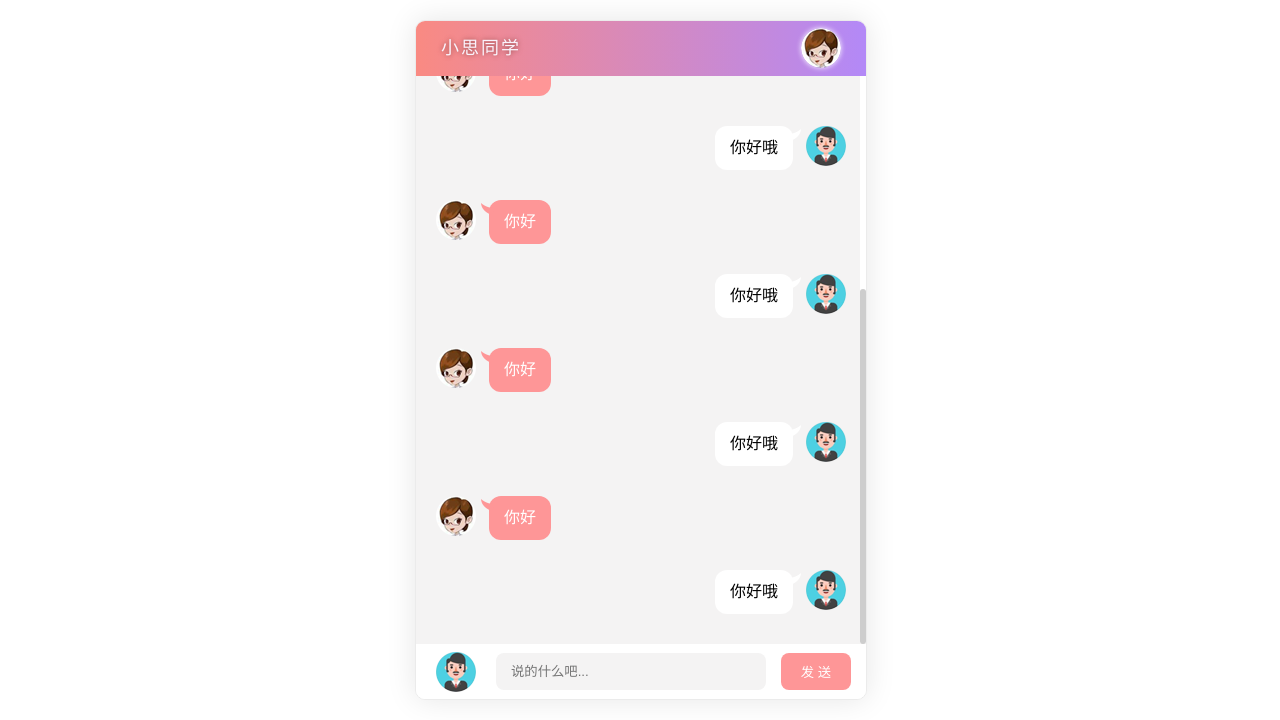
Repository: Bluesouls/eliauk.github.io
Page: Ajax学习笔记/day01/code/聊天机器人/聊天机器人.html
The author's editor kept a copy of each file at every save. The page is drawn from the files as they stood at one save, then again after the next save.
The browser window is 1280 px wide. The pictures show the whole page.

Above is the page before, as saved 2022-04-29 16:52:16.

### Ajax学习笔记/day01/code/聊天机器人/聊天机器人.html
 <!DOCTYPE html>
 <html lang="en">

 <head>
   <meta charset="UTF-8" />
   <meta name="viewport" content="width=device-width, initial-scale=1.0" />
   <meta http-equiv="X-UA-Compatible" content="ie=edge" />
   <link rel="stylesheet" href="css/reset.css" />
   <link rel="stylesheet" href="css/main.css" />
   <script type="text/javascript" src="js/jquery-1.12.4.min.js"></script>
   <script type="text/javascript" src="js/jquery-ui.min.js"></script>
   <script type="text/javascript" src="js/jquery.mousewheel.js"></script>
   <title>聊天机器人</title>
 </head>

 <body>
   <div class="wrap">
     <!-- 头部 Header 区域 -->
     <div class="header">
       <h3>小思同学</h3>
       <img src="img/person01.png" alt="icon" />
     </div>
     <!-- 中间 聊天内容区域 -->
     <div class="main">
       <ul class="talk_list" style="top: 0px;">
         <li class="left_word">
           <img src="img/person01.png" /> <span>你好</span>
         </li>
         <li class="right_word">
           <img src="img/person02.png" /> <span>你好哦</span>
         </li>
         <li class="left_word">
           <img src="img/person01.png" /> <span>你好</span>
         </li>
         <li class="right_word">
           <img src="img/person02.png" /> <span>你好哦</span>
         </li>
         <li class="left_word">
           <img src="img/person01.png" /> <span>你好</span>
         </li>
         <li class="right_word">
           <img src="img/person02.png" /> <span>你好哦</span>
         </li>
         <li class="left_word">
           <img src="img/person01.png" /> <span>你好</span>
         </li>
         <li class="right_word">
           <img src="img/person02.png" /> <span>你好哦</span>
         </li>
         <li class="left_word">
           <img src="img/person01.png" /> <span>你好</span>
         </li>
         <li class="right_word">
           <img src="img/person02.png" /> <span>你好哦</span>
         </li>
         <li class="left_word">
           <img src="img/person01.png" /> <span>你好</span>
         </li>
         <li class="right_word">
           <img src="img/person02.png" /> <span>你好哦</span>
         </li>
       </ul>
       <div class="drag_bar" style="display: none;">
         <div class="drager ui-draggable ui-draggable-handle" style="display: none; height: 412.628px;"></div>
       </div>
     </div>
     <!-- 底部 消息编辑区域 -->
     <div class="footer">
       <img src="img/person02.png" alt="icon" />
       <input type="text" placeholder="说的什么吧..." class="input_txt" />
       <input type="button" value="发 送" class="input_sub" />
     </div>
   </div>
   <script type="text/javascript" src="js/scroll.js"></script>
   <script src="./js/chat.js"></script>
 </body>

 </html>

### Ajax学习笔记/day01/code/聊天机器人/css/main.css
body {
    font-family: 'Microsoft YaHei';
}
.wrap {
    position: fixed;
    width: 450px;
    left: 50%;
    margin-left: -225px;
    top: 20px;
    bottom: 20px;
    border: 1px solid #ebebeb;
    background-color: #fff;
    border-radius: 10px;
    box-shadow: 0 0 30px rgba(0, 0, 0, 0.1);
    overflow: hidden;
}
.header {
    height: 55px;
    background: linear-gradient(90deg, rgba(246, 60, 47, 0.6), rgba(128, 58, 242, 0.6));
    overflow: hidden;
}
.header h3 {
    color: #faf3fc;
    line-height: 55px;
    font-weight: normal;
    float: left;
    letter-spacing: 2px;
    margin-left: 25px;
    font-size: 18px;
    text-shadow: 0px 0px 5px #944846;
}
.header img {
    float: right;
    margin: 7px 25px 0 0;
    border-radius: 20px;
    box-shadow: 0 0 5px #f7f2fe;
}
.main {
    position: absolute;
    left: 0;
    right: 0;
    top: 55px;
    bottom: 55px;
    background-color: #f4f3f3;
    box-sizing: border-box;
    padding: 10px 0;
    overflow:hidden;
}
.talk_list{
    position: absolute;
    width:100%;
    left:0px;
    top:0px;
}
.talk_list li {
    overflow: hidden;
    margin: 20px 0px 30px;
}
.talk_list .left_word img {
    float: left;
    margin-left: 20px;
}
.talk_list .left_word span {
    float: left;
    background-color: #fe9697;
    padding: 10px 15px;
    max-width: 290px;
    border-radius: 12px;
    font-size: 16px;
    color: #fff;
    margin-left: 13px;
    position: relative;
    line-height: 24px;
}
.talk_list .left_word span:before {
    content: '';
    position: absolute;
    left: -8px;
    top: 3px;
    width: 13px;
    height: 12px;
    background: url('../img/corner01.png') no-repeat;
}
.talk_list .right_word img {
    float: right;
    margin-right: 20px;
}
.talk_list .right_word span {
    float: right;
    background-color: #fff;
    padding: 10px 15px;
    max-width: 290px;
    border-radius: 12px;
    font-size: 16px;
    color: #000;
    margin-right: 13px;
    position: relative;
    line-height: 24px;
}
.talk_list .right_word span:before {
    content: '';
    position: absolute;
    right: -8px;
    top: 3px;
    width: 13px;
    height: 12px;
    background: url('../img/corner02.png') no-repeat;
}
.drag_bar{
    position:absolute;
    right:0px;
    top:0px;
    background-color: #fff;
    height:100%;
    width:6px;
    box-sizing:border-box;
    border-bottom:1px solid #f4f3f3;
}
.drager{
    position:absolute;
    left:0px;
    top:0px;
    background-color: #cdcdcd;
    height:100px;
    width:6px;
    border-radius:3px;
    cursor: pointer;
}

.footer{
    width:100%;
    height: 55px;
    left:0px;
    bottom:0px;
    background-color:#fff;
    position: absolute;
}

.footer img{
    float: left;
    margin:8px 0 0 20px;
}

.input_txt{
    float: left;
    width:270px;
    height:37px;
    border:0px;
    background-color: #f4f3f3;
    margin:9px 0 0 20px;
    border-radius:8px;
    padding:0px;
    outline:none;
    text-indent:15px;
}
.input_sub{
    float: left;
    width:70px;
    height:37px;
    border:0px;
    background-color: #fe9697;
    margin:9px 0 0 15px;
    border-radius:8px;
    padding:0px;
    outline:none;
    color:#fff;
    cursor: pointer;
}

### Ajax学习笔记/day01/code/聊天机器人/js/scroll.js
$(function () {
    var $main = $('.main');
    var $list = $('.talk_list');
    var $drager = $('.drager');
    var $mainh = $main.outerHeight(false);
    var $listh = $list.outerHeight(false);

    var $rate = $mainh / $listh;
    var $dragh = $mainh * $rate;
    var $top = 0;
    $drager.css({ 'height': $dragh });

    $drager.draggable({
        containment: "parent",
        drag: function (ev, ui) {
            $top = ui.position.top;
            $list.css({ 'top': -$top / $rate });
        }
    });

    $(window).resize(function () {
        resetui();
    });

    //var timer = null;
    var flag = false;

    $main.mousewheel(function(ev,delta){
        //console.log(delta);
        //clearTimeout(timer);
        //timer = setTimeout(function(){
            // 向上滚动正值，向下滚动负值
        if(flag){
            return;
        }

        flag = true;

        setTimeout(function(){
            flag = false;
        },300);

        if($listh <= $mainh){
            return;
        }else{
            if(delta>0){
                $top = $top-60;
                if($top<0){
                    $top=0;
                }
                $drager.animate({ 'top': $top },200);
                $list.animate({ 'top': -$top / $rate },200);
            }else{
                $top = $top+60;
                if($top>($mainh-$dragh)){
                    $top=parseInt($mainh-$dragh);
                }
                $drager.animate({ 'top': $top },200);
                $list.animate({ 'top': -parseInt($top / $rate) },200);
            }
        }

        //},300);
    });
    if ($listh <= $mainh) {
        $('.drag_bar').hide();
        $('.drager').hide();
    }

    function resetui(){
        $mainh = $main.outerHeight(false);
        $listh = $list.outerHeight(false);
        $rate = $mainh / $listh;
        $dragh = $mainh * $rate;
        $drager.css({ 'height': $dragh });

        if ($listh <= $mainh) {
            $('.drag_bar').hide();
            $drager.hide();
            $list.css({ 'top':0 });
        } else {
            $('.drag_bar').show();
            $drager.show();
            $drager.css({ 'top': $mainh-$dragh });
            $list.css({ 'top': -($listh-$mainh) });
        }
    }

    window.resetui = resetui;
})

### Ajax学习笔记/day01/code/聊天机器人/js/chat.js
$(function () {
  // 初始化右侧滚动条
  // 这个方法定义在scroll.js中
  resetui()

})

Loaded but not shown: Ajax学习笔记/day01/code/聊天机器人/css/reset.css (common file); Ajax学习笔记/day01/code/聊天机器人/js/jquery-1.12.4.min.js (library); Ajax学习笔记/day01/code/聊天机器人/js/jquery-ui.min.js (library); Ajax学习笔记/day01/code/聊天机器人/js/jquery.mousewheel.js (library)

After the next save:
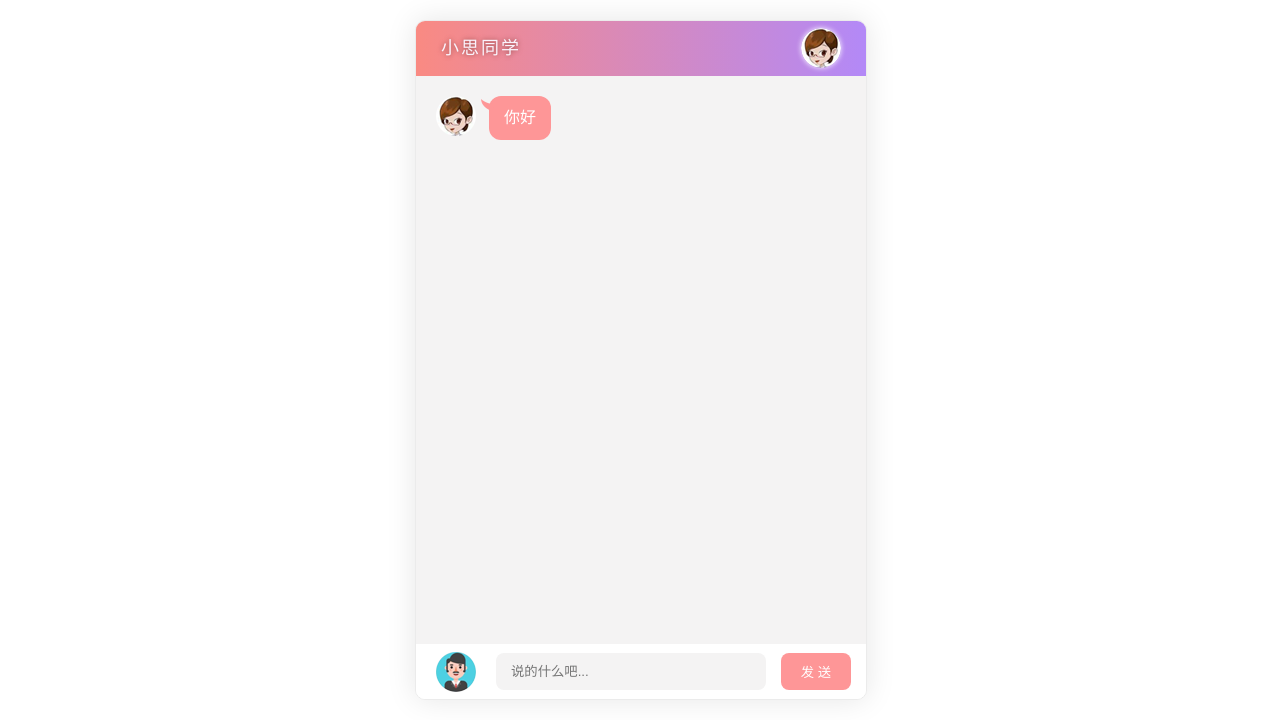
Saved 23 s later.
--- a/Ajax学习笔记/day01/code/聊天机器人/聊天机器人.html
+++ b/Ajax学习笔记/day01/code/聊天机器人/聊天机器人.html
@@ -26,43 +26,10 @@
          <li class="left_word">
            <img src="img/person01.png" /> <span>你好</span>
          </li>
-         <li class="right_word">
-           <img src="img/person02.png" /> <span>你好哦</span>
-         </li>
-         <li class="left_word">
-           <img src="img/person01.png" /> <span>你好</span>
-         </li>
-         <li class="right_word">
-           <img src="img/person02.png" /> <span>你好哦</span>
-         </li>
-         <li class="left_word">
-           <img src="img/person01.png" /> <span>你好</span>
-         </li>
-         <li class="right_word">
-           <img src="img/person02.png" /> <span>你好哦</span>
-         </li>
-         <li class="left_word">
-           <img src="img/person01.png" /> <span>你好</span>
-         </li>
-         <li class="right_word">
-           <img src="img/person02.png" /> <span>你好哦</span>
-         </li>
-         <li class="left_word">
-           <img src="img/person01.png" /> <span>你好</span>
-         </li>
-         <li class="right_word">
-           <img src="img/person02.png" /> <span>你好哦</span>
-         </li>
-         <li class="left_word">
-           <img src="img/person01.png" /> <span>你好</span>
-         </li>
-         <li class="right_word">
-           <img src="img/person02.png" /> <span>你好哦</span>
-         </li>
-       </ul>
-       <div class="drag_bar" style="display: none;">
-         <div class="drager ui-draggable ui-draggable-handle" style="display: none; height: 412.628px;"></div>
-       </div>
+
+         <div class="drag_bar" style="display: none;">
+           <div class="drager ui-draggable ui-draggable-handle" style="display: none; height: 412.628px;"></div>
+         </div>
      </div>
      <!-- 底部 消息编辑区域 -->
      <div class="footer">
